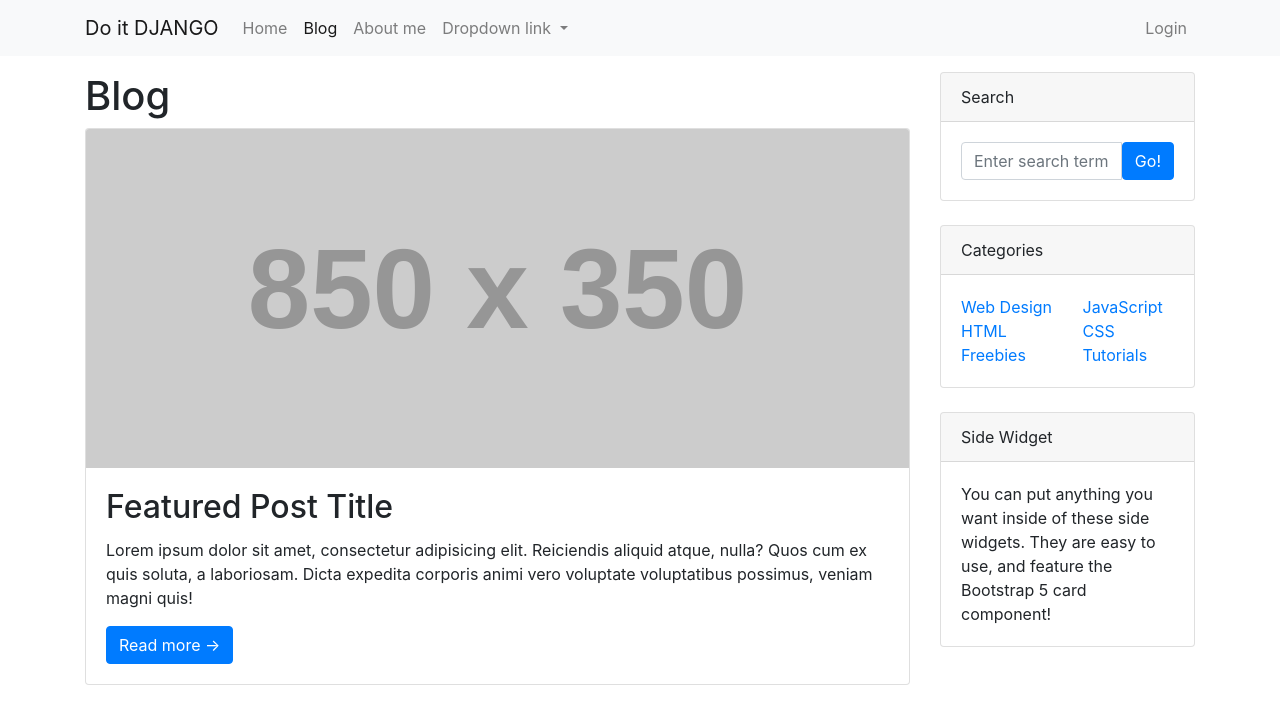
Repository: lwygold/do_it_ft
Page: blog_list.html
The author's editor kept a copy of each file at every save. The page is drawn from the files as they stood at one save, then again after the next save.
The browser window is 1280 px wide. The pictures show the whole page.

Above is the page before, as saved 2021-08-11 21:26:29.

After the next save:
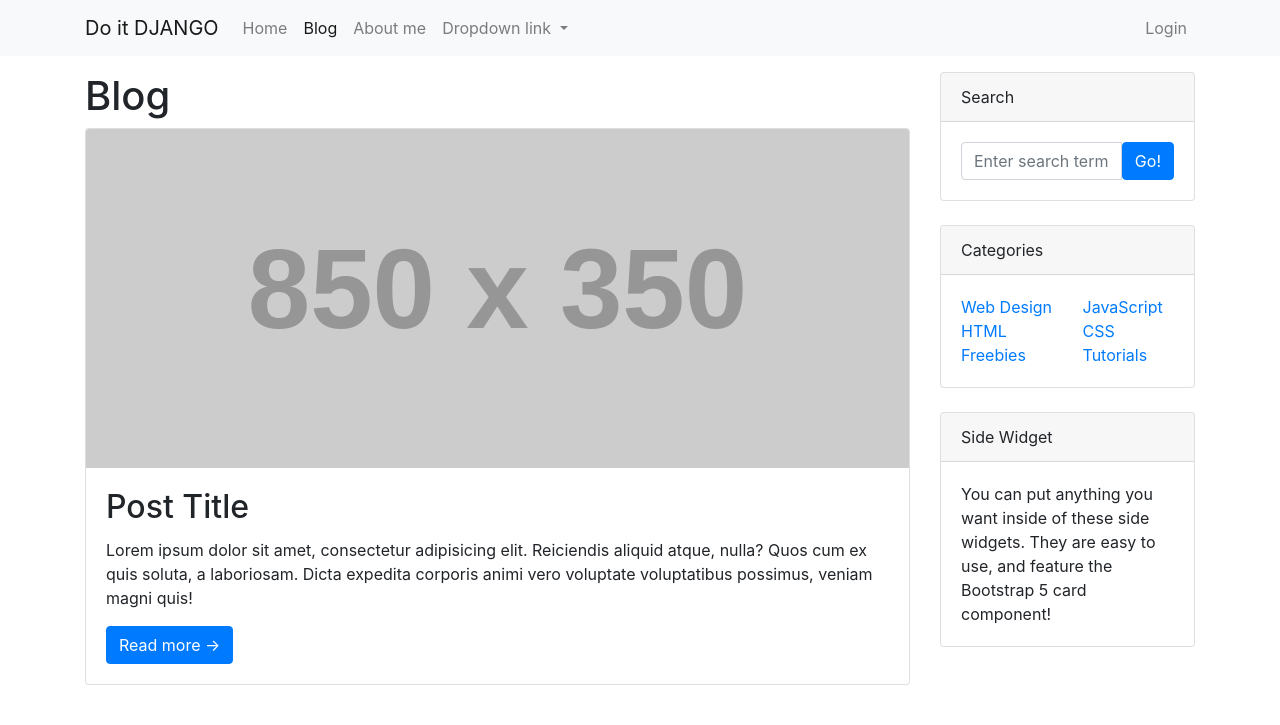
Saved 25 s later.
--- a/blog_list.html
+++ b/blog_list.html
@@ -66,7 +66,7 @@
                             <a href="#!"><img class="card-img-top"
                                     src="https://dummyimage.com/850x350/dee2e6/6c757d.jpg" alt="..."></a>
                             <div class="card-body">
-                                <h2 class="card-title">Featured Post Title</h2>
+                                <h2 class="card-title">Post Title</h2>
                                 <p class="card-text">Lorem ipsum dolor sit amet, consectetur adipisicing elit.
                                     Reiciendis aliquid atque, nulla? Quos cum ex quis soluta, a laboriosam. Dicta
                                     expedita corporis animi vero voluptate voluptatibus possimus, veniam magni quis!</p>
